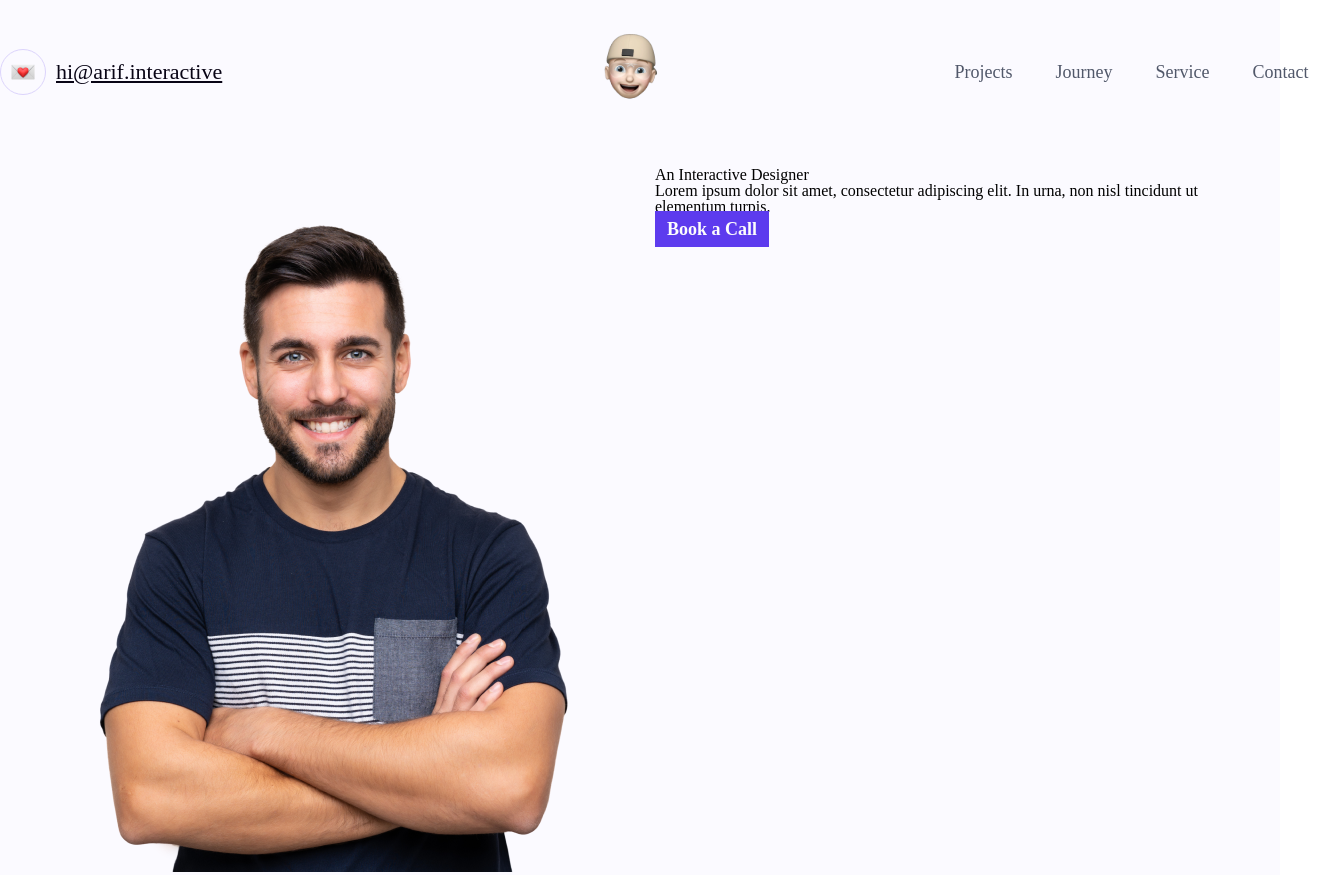
Repository: trantangtuan/project-06-grid-system12column-demo
Page: index.html
These files come from the project's save history. The page is drawn as it stood at one moment and after the next save; the edit follows.
The browser window is 1280 px wide. The page is 1330 px wide, so the pictures cover 1330 px, including what lies to the right of the window. The pictures show the whole page.

Above is the page before, as saved 2024-07-12 20:58:30.

### index.html
<!DOCTYPE html>
<html lang="en">
  <head>
    <meta charset="UTF-8" />
    <meta name="viewport" content="width=device-width, initial-scale=1.0" />
    <title>Project - 06 - use grid systerm 12 column</title>
    <!-- reset css -->
    <link rel="stylesheet" href="./assets/css/reset.css" />
    <!-- grid css -->
    <link rel="stylesheet" href="./assets/css/grid.css" />
    <!-- style css -->
    <link rel="stylesheet" href="./assets/css/style.css" />
    <!-- responsive css -->
    <link rel="stylesheet" href="./assets/css/responsive.css" />
  </head>
  <body>
    <!-- header -->
    <header class="header">
      <div class="nav">
        <div class="nav__mail">
          <div class="nav__mail-icon">
            <img
              class="nav__mail-img"
              src="./assets/img/mail-icon.png"
              alt="mail icon"
            />
          </div>
          <a
            href="mailto:nguyenvancuong0345723186@gmail.com"
            class="nav__mail-desc"
          >
            hi@arif.interactive
          </a>
        </div>
        <div class="logo">
          <img src="./assets/img/logo-boy.svg" alt="logo" class="logo-img" />
        </div>
        <ul class="navbar">
          <li>
            <a href="#!" class="navbar__item">Projects</a>
          </li>
          <li>
            <a href="#!" class="navbar__item">Journey</a>
          </li>
          <li>
            <a href="#!" class="navbar__item">Service</a>
          </li>
          <li>
            <a href="#!" class="navbar__item">Contact</a>
          </li>
        </ul>
      </div>
    </header>
    <!-- main -->
    <main class="main">
      <!-- hero -->
      <div class="hero">
        <div class="group-rectangle"></div>
        <div class="container">
          <div class="row">
            <div class="col-lg-6">
              <img
                src="./assets/img/hero-img.png"
                alt="image hero"
                class="hero__img"
              />
            </div>
            <div class="col-lg-6">
              <div class="hero__right">
                <h1 class="hero__title">An Interactive Designer</h1>
                <p class="hero__desc">
                  Lorem ipsum dolor sit amet, consectetur adipiscing elit. In
                  urna, non nisl tincidunt ut elementum turpis.
                </p>
                <div class="hero__cta">
                  <a href="#!" class="btn">Book a Call</a>
                </div>
              </div>
            </div>
          </div>
        </div>
      </div>
    </main>
  </body>
</html>

### assets/css/grid.css
.container,
.container-fluid {
  --spacer: 10px;
  --column-size: 12;
  width: 100%;
  margin-left: auto;
  margin-right: auto;
  padding-left: calc(var(--spacer) / 2);
  padding-right: calc(var(--spacer) / 2);
}

.row {
  display: flex;
  flex-wrap: wrap;

  margin: 0px calc(-1 * var(--spacer) / 2);
}

.gutter-0 {
  --spacer: 0;
}

[class*="offset-"] {
  margin-left: calc(100% / var(--column-size) * var(--offset-value));
}

.offset-1 {
  --offset-value: 1;
}

.offset-2 {
  --offset-value: 2;
}

.offset-3 {
  --offset-value: 3;
}

.offset-4 {
  --offset-value: 4;
}

.offset-5 {
  --offset-value: 5;
}

.offset-6 {
  --offset-value: 6;
}

.offset-7 {
  --offset-value: 7;
}

.offset-8 {
  --offset-value: 8;
}

.offset-9 {
  --offset-value: 9;
}

.offset-10 {
  --offset-value: 10;
}

.offset-11 {
  --offset-value: 11;
}

.col,
.row[class*="row-cols-"] > *,
.row > [class*="col-"] {
  padding-left: calc(var(--spacer) / 2);
  padding-right: calc(var(--spacer) / 2);
}

.row[class*="row-cols-"] > *,
.row > [class*="col-"] {
  flex: 0 0 auto;
}

.row[class*="row-cols-"] > * {
  width: calc(100% / var(--row-cols-number));
}

.row-cols-1 > * {
  --row-cols-number: 1;
}

.row-cols-2 > * {
  --row-cols-number: 2;
}

.row-cols-3 > * {
  --row-cols-number: 3;
}

.row-cols-4 > * {
  --row-cols-number: 4;
}

.row-cols-5 > * {
  --row-cols-number: 5;
}

.row-cols-6 > * {
  --row-cols-number: 6;
}

.row > [class*="col-"] {
  width: calc(100% / var(--column-size) * var(--column-number));
}

.col-1 {
  --column-number: 1;
}

.col-2 {
  --column-number: 2;
}

.col-3 {
  --column-number: 3;
}

.col-4 {
  --column-number: 4;
}

.col-5 {
  --column-number: 5;
}

.col-6 {
  --column-number: 6;
}

.col-7 {
  --column-number: 7;
}

.col-8 {
  --column-number: 8;
}

.col-9 {
  --column-number: 9;
}

.col-10 {
  --column-number: 10;
}

.col-11 {
  --column-number: 11;
}

.col-12 {
  --column-number: 12;
}

/* // Small devices (landscape phones, 576px and up) */
@media (min-width: 576px) {
  .container {
    --spacer: 20px;
    width: 540px;
  }

  .gutter-sm-0 {
    --spacer: 0;
  }

  .offset-sm-1 {
    --offset-value: 1;
  }

  .offset-sm-2 {
    --offset-value: 2;
  }

  .offset-sm-3 {
    --offset-value: 3;
  }

  .offset-sm-4 {
    --offset-value: 4;
  }

  .offset-sm-5 {
    --offset-value: 5;
  }

  .offset-sm-6 {
    --offset-value: 6;
  }

  .offset-sm-7 {
    --offset-value: 7;
  }

  .offset-sm-8 {
    --offset-value: 8;
  }

  .offset-sm-9 {
    --offset-value: 9;
  }

  .offset-sm-10 {
    --offset-value: 10;
  }

  .offset-sm-11 {
    --offset-value: 11;
  }

  .col-sm-1 {
    --column-number: 1;
  }

  .col-sm-2 {
    --column-number: 2;
  }

  .col-sm-3 {
    --column-number: 3;
  }

  .col-sm-4 {
    --column-number: 4;
  }

  .col-sm-5 {
    --column-number: 5;
  }

  .col-sm-6 {
    --column-number: 6;
  }

  .col-sm-7 {
    --column-number: 7;
  }

  .col-sm-8 {
    --column-number: 8;
  }

  .col-sm-9 {
    --column-number: 9;
  }

  .col-sm-10 {
    --column-number: 10;
  }

  .col-sm-11 {
    --column-number: 11;
  }

  .col-sm-12 {
    --column-number: 12;
  }

  .row-cols-sm-1 > * {
    --row-cols-number: 1;
  }

  .row-cols-sm-2 > * {
    --row-cols-number: 2;
  }

  .row-cols-sm-3 > * {
    --row-cols-number: 3;
  }

  .row-cols-sm-4 > * {
    --row-cols-number: 4;
  }

  .row-cols-sm-5 > * {
    --row-cols-number: 5;
  }

  .row-cols-sm-6 > * {
    --row-cols-number: 6;
  }
}

/* // Medium devices (tablets, 768px and up) */
@media (min-width: 768px) {
  .container {
    width: 720px;
  }

  .gutter-md-0 {
    --spacer: 0;
  }

  .offset-md-1 {
    --offset-value: 1;
  }

  .offset-md-2 {
    --offset-value: 2;
  }

  .offset-md-3 {
    --offset-value: 3;
  }

  .offset-md-4 {
    --offset-value: 4;
  }

  .offset-md-5 {
    --offset-value: 5;
  }

  .offset-md-6 {
    --offset-value: 6;
  }

  .offset-md-7 {
    --offset-value: 7;
  }

  .offset-md-8 {
    --offset-value: 8;
  }

  .offset-md-9 {
    --offset-value: 9;
  }

  .offset-md-10 {
    --offset-value: 10;
  }

  .offset-md-11 {
    --offset-value: 11;
  }

  .col-md-1 {
    --column-number: 1;
  }

  .col-md-2 {
    --column-number: 2;
  }

  .col-md-3 {
    --column-number: 3;
  }

  .col-md-4 {
    --column-number: 4;
  }

  .col-md-5 {
    --column-number: 5;
  }

  .col-md-6 {
    --column-number: 6;
  }

  .col-md-7 {
    --column-number: 7;
  }

  .col-md-8 {
    --column-number: 8;
  }

  .col-md-9 {
    --column-number: 9;
  }

  .col-md-10 {
    --column-number: 10;
  }

  .col-md-11 {
    --column-number: 11;
  }

  .col-md-12 {
    --column-number: 12;
  }

  .row-cols-md-1 > * {
    --row-cols-number: 1;
  }

  .row-cols-md-2 > * {
    --row-cols-number: 2;
  }

  .row-cols-md-3 > * {
    --row-cols-number: 3;
  }

  .row-cols-md-4 > * {
    --row-cols-number: 4;
  }

  .row-cols-md-5 > * {
    --row-cols-number: 5;
  }

  .row-cols-md-6 > * {
    --row-cols-number: 6;
  }
}

/* // Large devices (desktops, 992px and up) */
@media (min-width: 992px) {
  .container {
    width: 960px;
    --spacer: 30px;
  }

  .gutter-lg-0 {
    --spacer: 0;
  }

  .offset-lg-1 {
    --offset-value: 1;
  }

  .offset-lg-2 {
    --offset-value: 2;
  }

  .offset-lg-3 {
    --offset-value: 3;
  }

  .offset-lg-4 {
    --offset-value: 4;
  }

  .offset-lg-5 {
    --offset-value: 5;
  }

  .offset-lg-6 {
    --offset-value: 6;
  }

  .offset-lg-7 {
    --offset-value: 7;
  }

  .offset-lg-8 {
    --offset-value: 8;
  }

  .offset-lg-9 {
    --offset-value: 9;
  }

  .offset-lg-10 {
    --offset-value: 10;
  }

  .offset-lg-11 {
    --offset-value: 11;
  }

  .col-lg-1 {
    --column-number: 1;
  }

  .col-lg-2 {
    --column-number: 2;
  }

  .col-lg-3 {
    --column-number: 3;
  }

  .col-lg-4 {
    --column-number: 4;
  }

  .col-lg-5 {
    --column-number: 5;
  }

  .col-lg-6 {
    --column-number: 6;
  }

  .col-lg-7 {
    --column-number: 7;
  }

  .col-lg-8 {
    --column-number: 8;
  }

  .col-lg-9 {
    --column-number: 9;
  }

  .col-lg-10 {
    --column-number: 10;
  }

  .col-lg-11 {
    --column-number: 11;
  }

  .col-lg-12 {
    --column-number: 12;
  }

  .row-cols-lg-1 > * {
    --row-cols-number: 1;
  }

  .row-cols-lg-2 > * {
    --row-cols-number: 2;
  }

  .row-cols-lg-3 > * {
    --row-cols-number: 3;
  }

  .row-cols-lg-4 > * {
    --row-cols-number: 4;
  }

  .row-cols-lg-5 > * {
    --row-cols-number: 5;
  }

  .row-cols-lg-6 > * {
    --row-cols-number: 6;
  }
}

/* // X-Large devices (large desktops, 1200px and up) */
@media (min-width: 1200px) {
  .container {
    width: 1170px;
  }

  .gutter-xl-0 {
    --spacer: 0;
  }

  .offset-xl-1 {
    --offset-value: 1;
  }

  .offset-xl-2 {
    --offset-value: 2;
  }

  .offset-xl-3 {
    --offset-value: 3;
  }

  .offset-xl-4 {
    --offset-value: 4;
  }

  .offset-xl-5 {
    --offset-value: 5;
  }

  .offset-xl-6 {
    --offset-value: 6;
  }

  .offset-xl-7 {
    --offset-value: 7;
  }

  .offset-xl-8 {
    --offset-value: 8;
  }

  .offset-xl-9 {
    --offset-value: 9;
  }

  .offset-xl-10 {
    --offset-value: 10;
  }

  .offset-xl-11 {
    --offset-value: 11;
  }

  .col-xl-1 {
    --column-number: 1;
  }

  .col-xl-2 {
    --column-number: 2;
  }

  .col-xl-3 {
    --column-number: 3;
  }

  .col-xl-4 {
    --column-number: 4;
  }

  .col-xl-5 {
    --column-number: 5;
  }

  .col-xl-6 {
    --column-number: 6;
  }

  .col-xl-7 {
    --column-number: 7;
  }

  .col-xl-8 {
    --column-number: 8;
  }

  .col-xl-9 {
    --column-number: 9;
  }

  .col-xl-10 {
    --column-number: 10;
  }

  .col-xl-11 {
    --column-number: 11;
  }

  .col-xl-12 {
    --column-number: 12;
  }

  .row-cols-xl-1 > * {
    --row-cols-number: 1;
  }

  .row-cols-xl-2 > * {
    --row-cols-number: 2;
  }

  .row-cols-xl-3 > * {
    --row-cols-number: 3;
  }

  .row-cols-xl-4 > * {
    --row-cols-number: 4;
  }

  .row-cols-xl-5 > * {
    --row-cols-number: 5;
  }

  .row-cols-xl-6 > * {
    --row-cols-number: 6;
  }
}

### assets/css/style.css
:root {
  --primary-color: #5d3bee;
  --secondary-color: #51586a;
}

*,
::after,
::before {
  box-sizing: border-box;
}

html {
  font-size: 62.5%;
}

body {
  font-size: 1.6rem;
}

.item {
  /* width: 33.3333%; */
  border: 1px dashed orange;
  flex: 1 0;
}

/* ======================common======================== */

a {
  text-decoration: none;
  color: var(--secondary-color);
  font-size: 1.8rem;
  font-style: normal;
  font-weight: 400;
}

.btn {
  height: 62px;
  min-width: 170px;
  background-color: var(--primary-color);
  padding: 8px 12px;
  color: #fdfdfd;
  font-size: 1.8rem;
  font-style: normal;
  font-weight: 700;
  line-height: 166.667%;
}

/* ==========================header========================= */

.header {
  background-color: #fbfaff;
  padding-top: 20px;
}

.nav {
  width: 1330px;
  margin: 0px auto;
  display: flex;
  align-items: center;
}

.nav__mail {
  display: flex;
  align-items: center;
  gap: 0 10px;
}

.nav__mail-icon {
  width: 46px;
  height: 46px;
  border-radius: 50%;
  border: 1px solid #dcd4fc;
  display: flex;
  align-items: center;
  justify-content: center;
}

.nav__mail-desc {
  color: #080415;
  font-size: 2.2rem;
  font-style: normal;
  font-weight: 500;
  line-height: 136.364%;
  text-decoration: underline;
}

.logo {
  margin-left: 357px;
}

.logo-img {
  height: 100px;
  width: 100px;
}

.navbar {
  margin-left: auto;
  display: flex;
  align-items: center;
}

.navbar__item {
  padding: 8px 21.5px;
}

/* ========================main================== */
/* hero */

.hero {
  padding-top: 44px;
  background-color: #fbfaff;
}

.hero__img {
  width: 514px;
}

Loaded but not shown: assets/css/reset.css (common file); assets/css/responsive.css (no stored copy; drawn as an empty file)

After the next save:
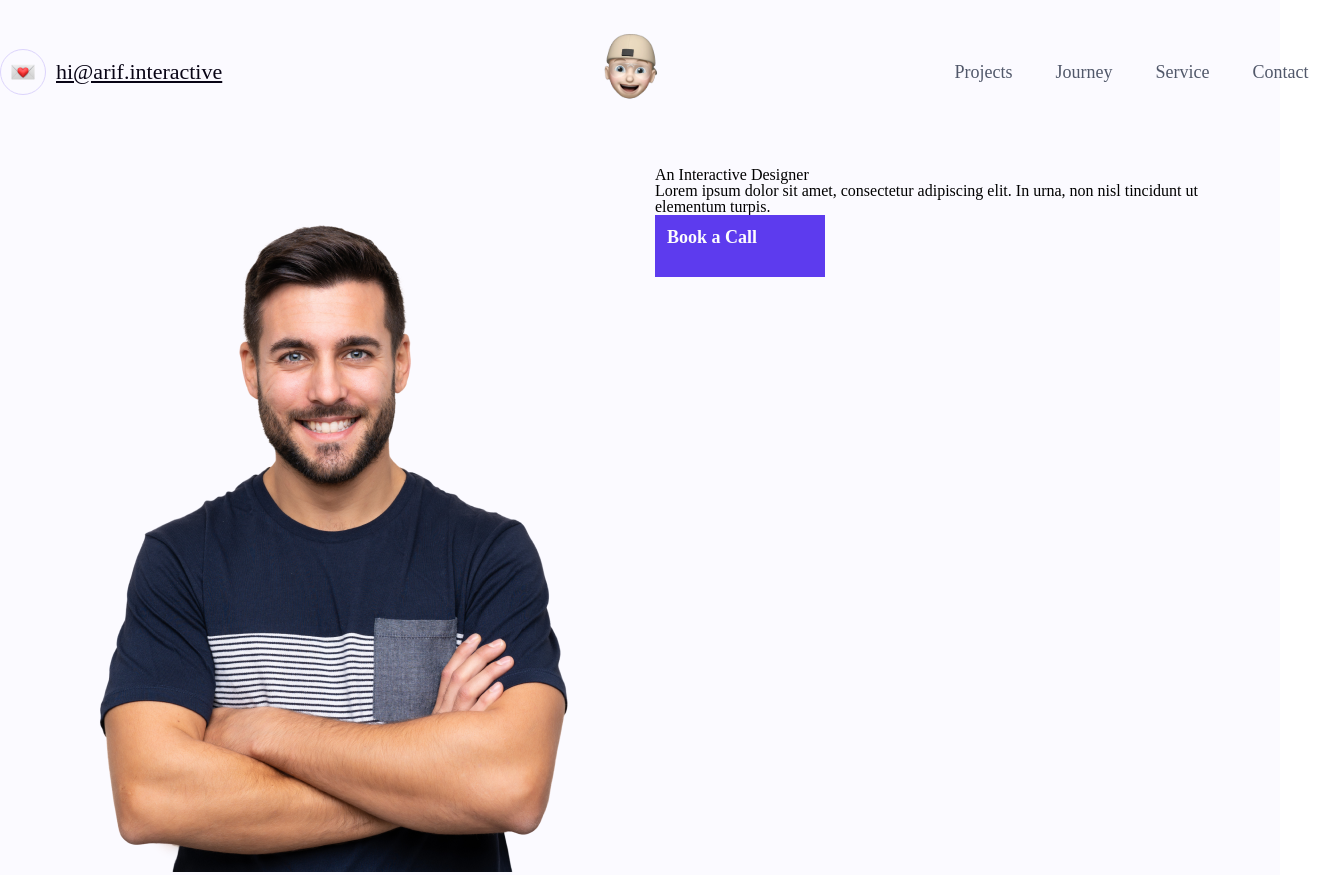
Saved 21 s later.
--- a/assets/css/style.css
+++ b/assets/css/style.css
@@ -34,6 +34,7 @@ a {
 }
 
 .btn {
+  display: inline-block;
   height: 62px;
   min-width: 170px;
   background-color: var(--primary-color);
